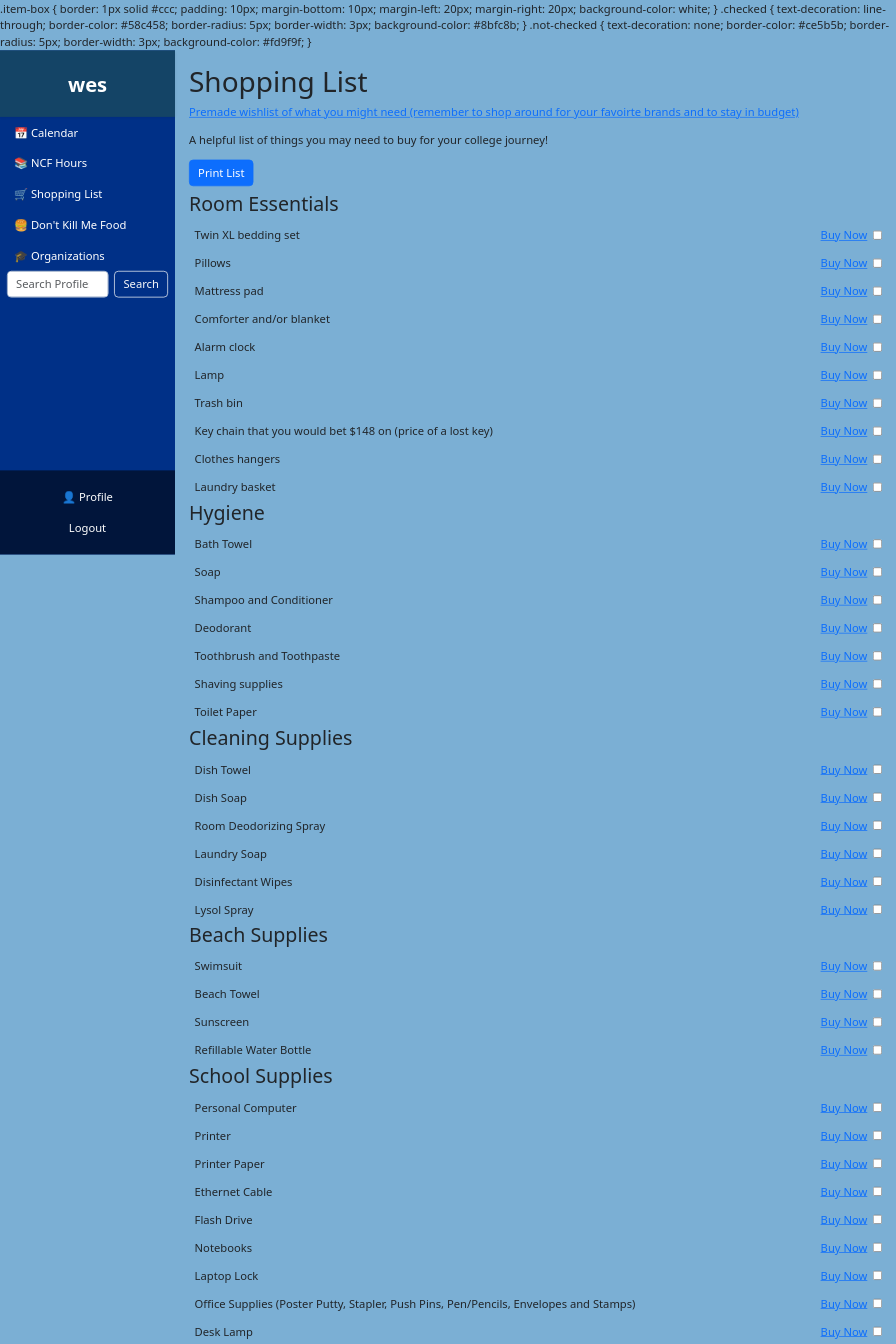
Repository: NateClarkTech/SoftwareEngineeringProject2
Page: http://localhost/shoppinglist/
These files come from the project's save history. The page is drawn as it stood at one moment and after the next save; the edit follows.
The browser window is 1280 px wide. The pictures show the part of the page from y = 0 to 1920 px (the page is 2625 px tall before and 4421 px after), at 70% of full size.
The page is served by the project's application, run on Django 5.2 (manage.py). The first stored user is signed in. The page reads the database file committed with the project.

Above is the page before, as saved 2024-03-12 22:18:21.

After the next save:
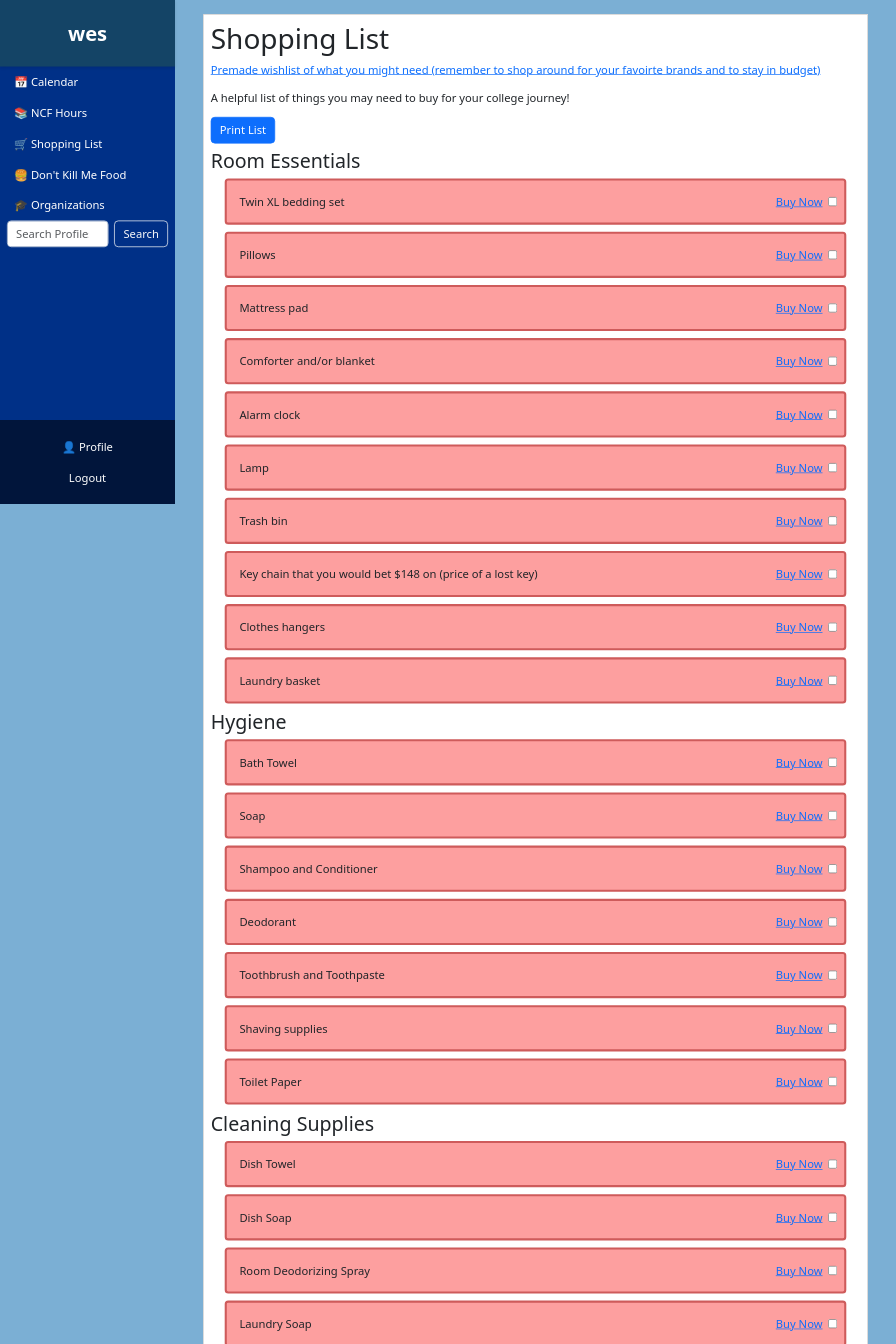
Saved 27 s later.
--- a/ShoppingList/templates/shoppinglist.html
+++ b/ShoppingList/templates/shoppinglist.html
@@ -5,30 +5,33 @@
 {% block title %}Shopping List{% endblock %}
 
 {% block extendHeader %}
-.item-box {
-    border: 1px solid #ccc;
-    padding: 10px;
-    margin-bottom: 10px;
-    margin-left: 20px;
-    margin-right: 20px;
-    background-color: white;
-}
+<style>
+    .item-box {
+        border: 1px solid #ccc;
+        padding: 10px;
+        margin-bottom: 10px;
+        margin-left: 20px;
+        margin-right: 20px;
+        background-color: white;
+    }
 
-.checked {
-    text-decoration: line-through;
-    border-color: #58c458;
-    border-radius: 5px;
-    border-width: 3px;
-    background-color: #8bfc8b;
-}
+    .checked {
+        text-decoration: line-through;
+        border-color: #58c458;
+        border-radius: 5px;
+        border-width: 3px;
+        background-color: #8bfc8b;
+    }
 
-.not-checked {
-    text-decoration: none;
-    border-color: #ce5b5b;
-    border-radius: 5px;
-    border-width: 3px;
-    background-color: #fd9f9f;
-}
+    .not-checked {
+        text-decoration: none;
+        border-color: #ce5b5b;
+        border-radius: 5px;
+        border-width: 3px;
+        background-color: #fd9f9f;
+    }
+
+</style>
 {% endblock %}
 
 {% block content %}
